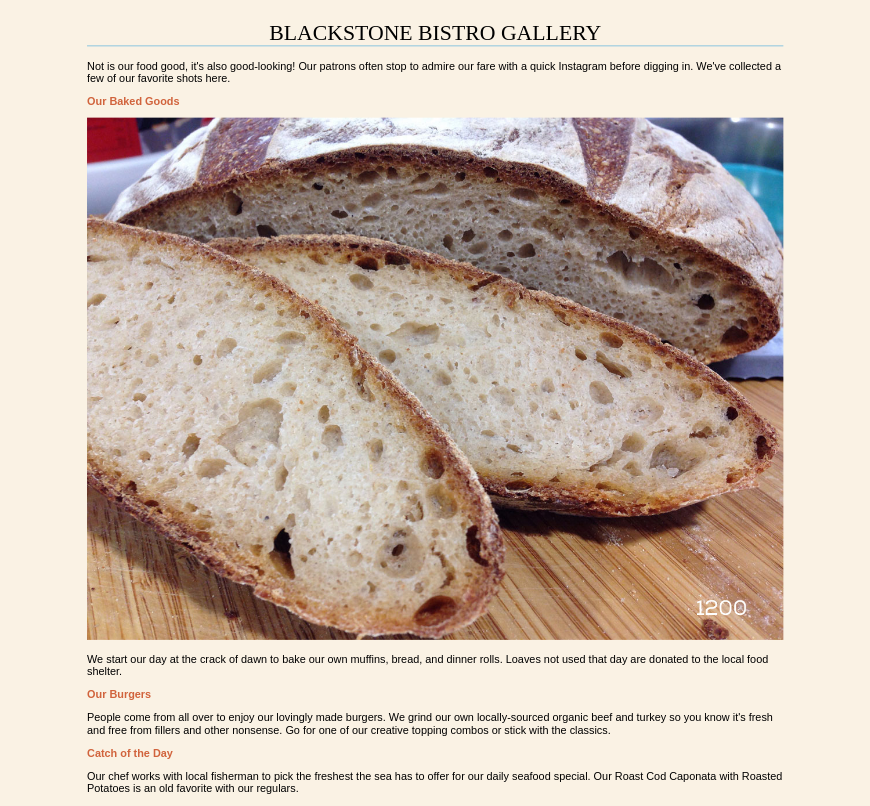
Repository: Colo-Codes/code-practice
Page: responsivegallery/index.html
An editor plug-in stored every save of this project. The page is shown before and after the next save, followed by the edit.
The browser window is 1280 px wide. The pictures show the whole page, at 68% of full size.

Above is the page before, as saved 2021-04-28 13:06:08.

After the next save:
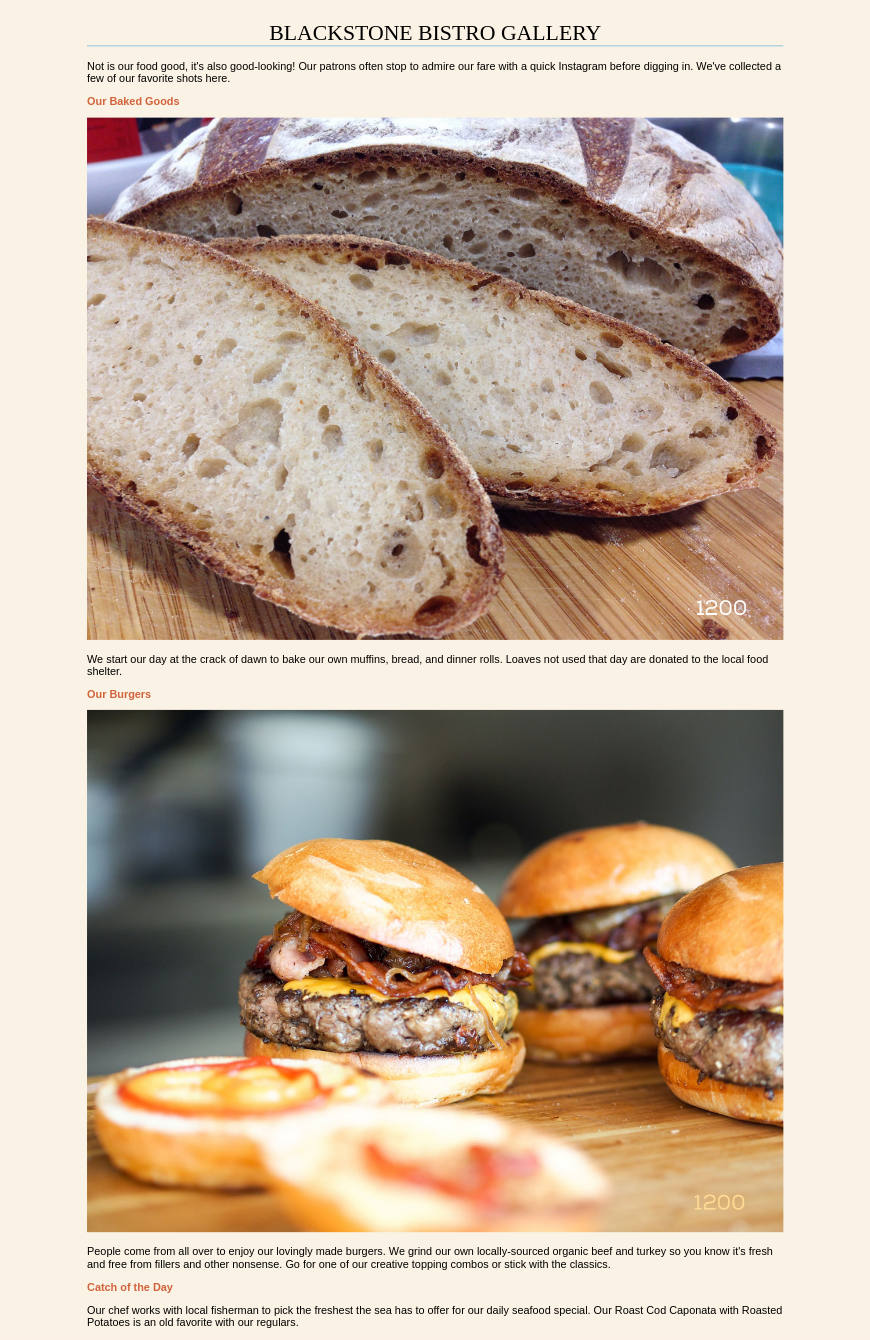
Saved 41 min 59 s later.
--- a/responsivegallery/index.html
+++ b/responsivegallery/index.html
@@ -44,6 +44,10 @@ img {
 <p>We start our day at the crack of dawn to bake our own muffins, bread, and dinner rolls. Loaves not used that day are donated to the local food shelter. </p>
 
 <h2>Our Burgers</h2>
+<picture>
+  <source srcset="images/burgers-1200.jpg 1200w, images/burgers-800.jpg 800w">
+  <img src="images/burgers-400.jpg" alt="A tasty burger with cheese and bacon">
+</picture>
 <p>People come from all over to enjoy our lovingly made burgers. We grind our own locally-sourced organic beef and turkey so you know it's fresh and free from fillers and other nonsense. Go for one of our creative topping combos or stick with the classics. </p>
 
 <h2>Catch of the Day</h2>
